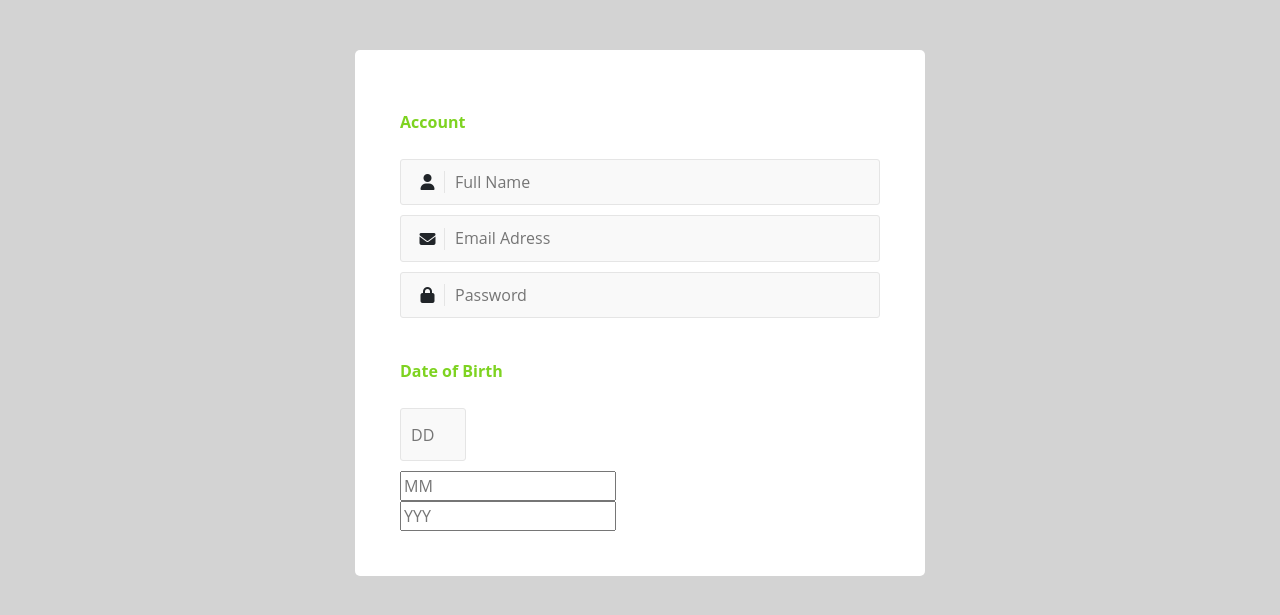
Repository: letrongtinh27/LapTrinhWeb
Page: Payment/index.html
The author's editor kept a copy of each file at every save. The page is drawn from the files as they stood at one save, then again after the next save.
The browser window is 1280 px wide. The pictures show the whole page.

Above is the page before, as saved 2022-10-11 21:27:55.

After the next save:
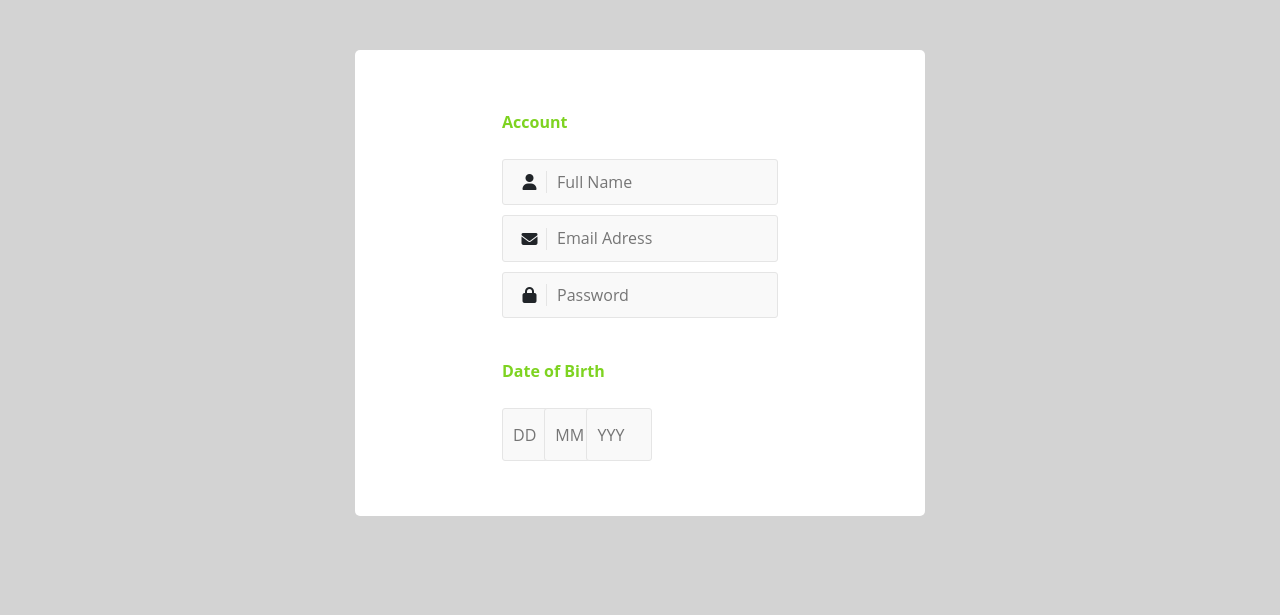
Saved 21 s later.
--- a/Payment/index.html
+++ b/Payment/index.html
@@ -39,8 +39,8 @@
                 <h4 class="title">Date of Birth</h4>
                 <div class="input-group">
                     <div class="item-input"> <input type="text" placeholder="DD"></div>
-                    <div class="col-third"> <input type="text" placeholder="MM"></div>
-                    <div class="col-third"> <input type="text" placeholder="YYY"></div>
+                    <div class="item-input"> <input type="text" placeholder="MM"></div>
+                    <div class="item-input"> <input type="text" placeholder="YYY"></div>
                 </div>
             </div>
 
